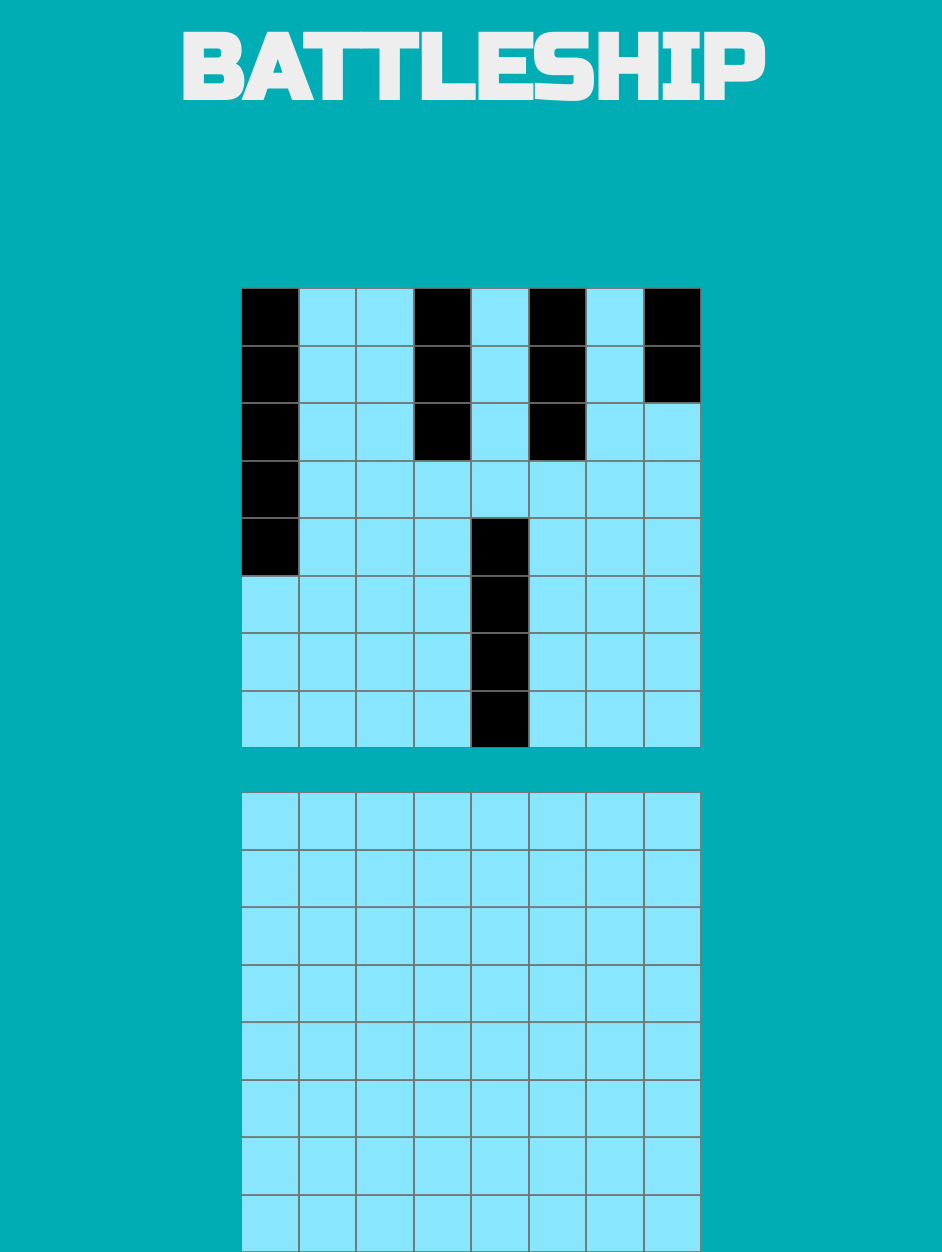
Repository: AzharMoosa/battleship
Page: /
These files come from the project's save history. The page is drawn as it stood at one moment and after the next save; the edit follows.
The browser window is 1024 px wide. The pictures show the whole page, at 92% of full size.
The project was rebuilt for these pictures with package versions that can differ from the ones it lists, and the page was loaded fresh each time.

Above is the page before, as saved 2020-07-09 09:54:02.

After the next save:
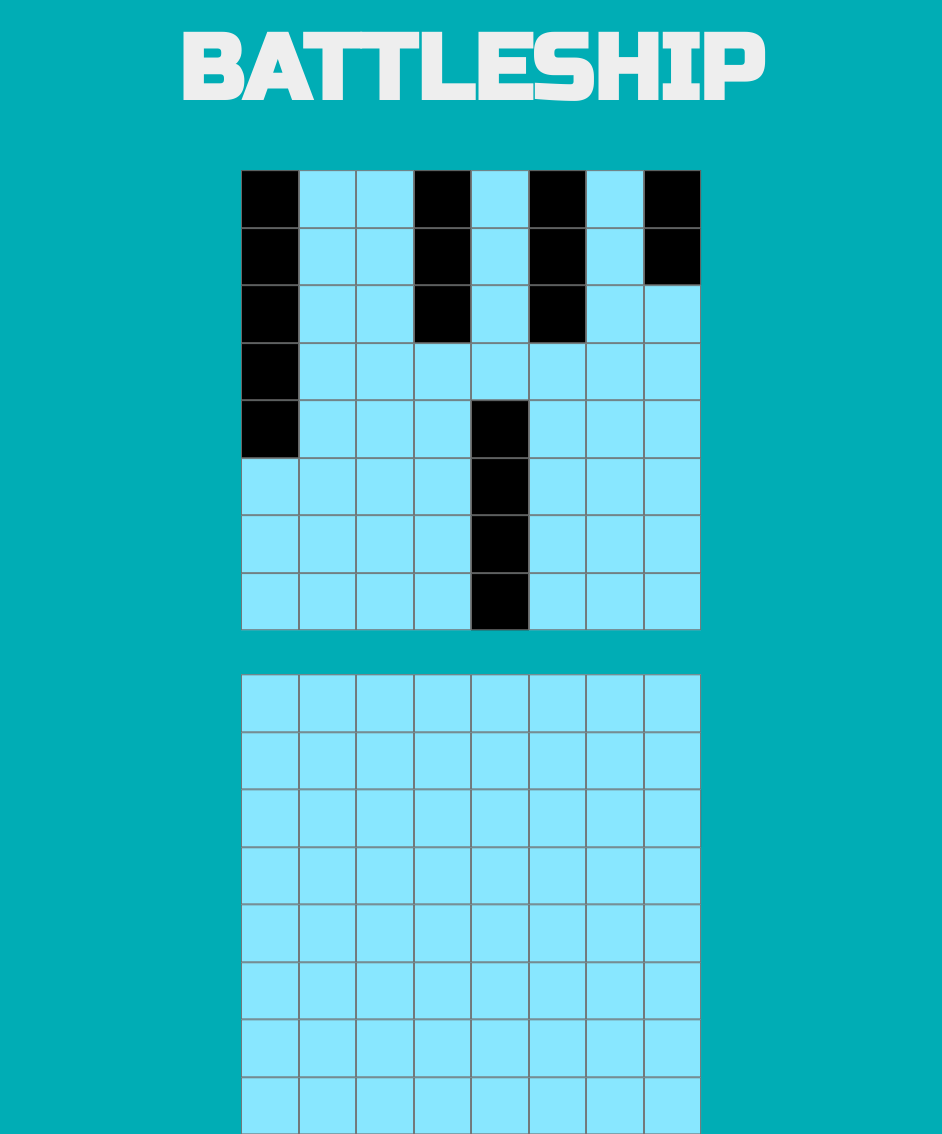
Saved 37 s later.
--- a/src/App.css
+++ b/src/App.css
@@ -190,10 +190,6 @@ body {
     width: 62.5px;
     height: 62.5px;
   }
-
-  .hit-miss {
-    margin-top: 8rem;
-  }
 }
 
 @media (max-width: 768px) {
